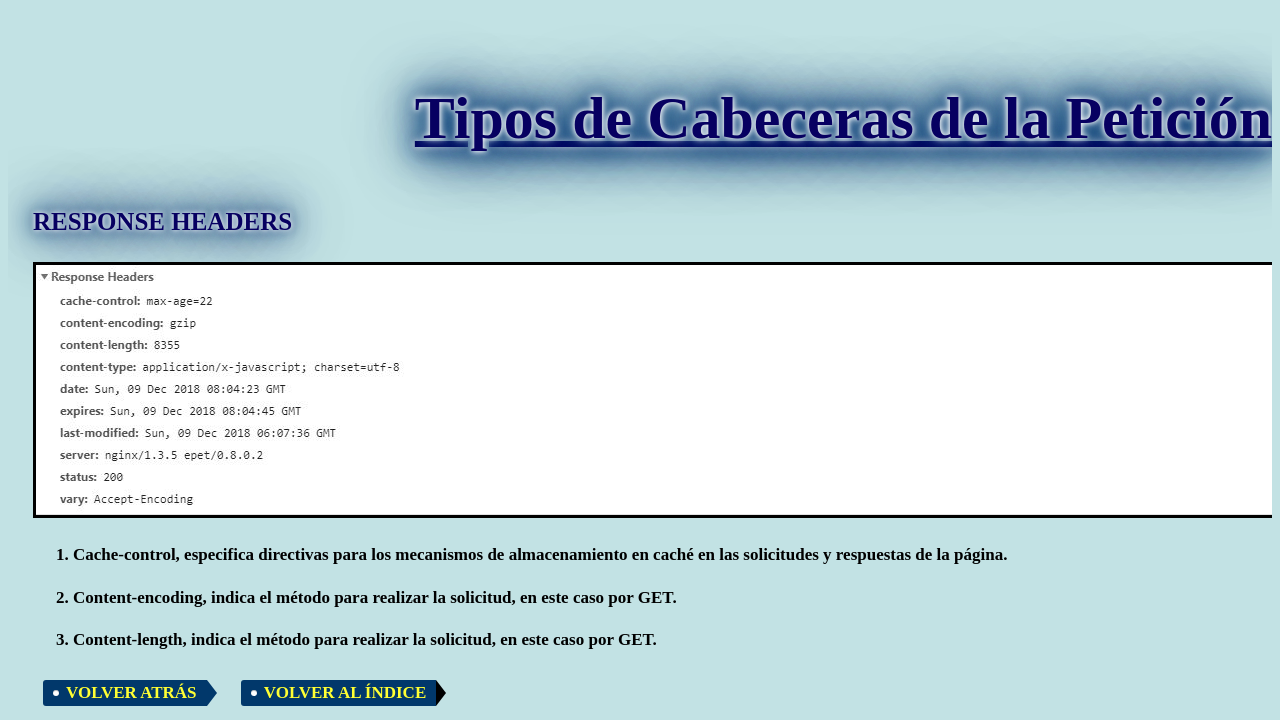
Repository: VictorinoBF97/HerramientasDesarollo
Page: responseHeaders.html
These files come from the project's save history. The page is drawn as it stood at one moment and after a run of saves; the edit follows.
The browser window is 1280 px wide. The pictures show the whole page.

Above is the page before, as saved 2018-12-09 09:43:47.
Not found: main.js

After the next 3 saves:
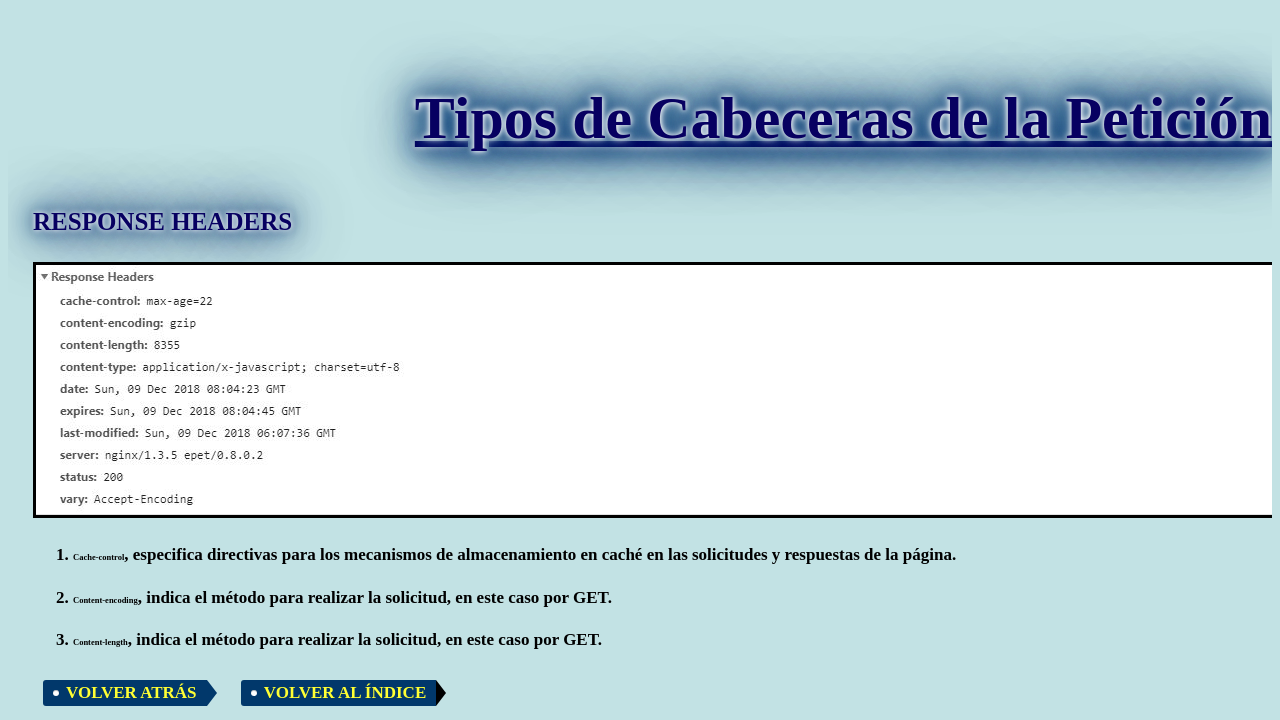
The 3 saves are shown as one change because they came seconds apart.
The last was saved 11 s later.
--- a/css/styles.css
+++ b/css/styles.css
@@ -40,7 +40,7 @@ body {
   font-size: 125%; }
 
 strong {
-  font-size
+  font-size:50%;
 }
 
 /* ENLACES Y REDIRECCIONAMIENTO */
